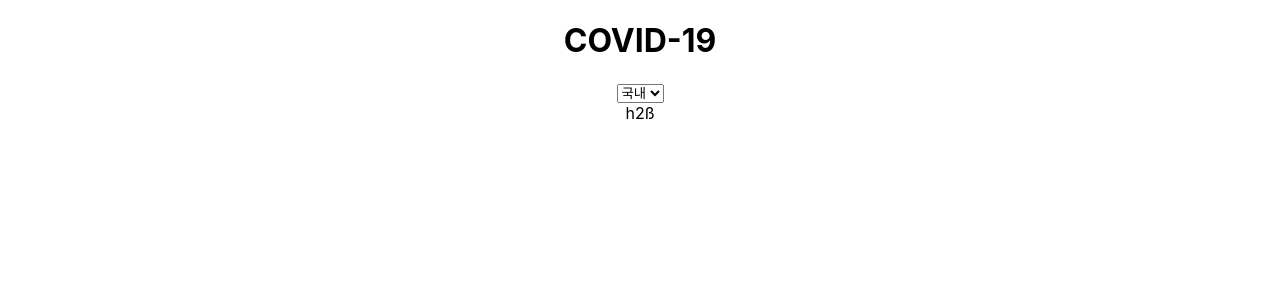
Repository: WOOBINKIM930518/test
Page: /
An editor plug-in stored every save of this project. The page is shown before and after the next save, followed by the edit.
The browser window is 1280 px wide. The pictures show the whole page.
The project was rebuilt for these pictures with package versions that can differ from the ones it lists, and the page was loaded fresh each time.

Above is the page before, as saved 2022-01-12 21:44:16.

### src/App.js
import logo from './logo.svg';
import './App.css';

function App() {
  return (
    <div className="App">
      <header className="App">
        <h1>COVID-19 </h1>
        <select>
        <option>국내</option>
        <option>세계</option>
        </select>
      </header>
      <section>
        h2ß
      </section>
    </div>
  );
}

export default App;

Loaded but not shown: public/index.html (common file); src/index.js (common file); src/index.css (common file); src/reportWebVitals.js (common file); src/App.css (common file)

After the next save:
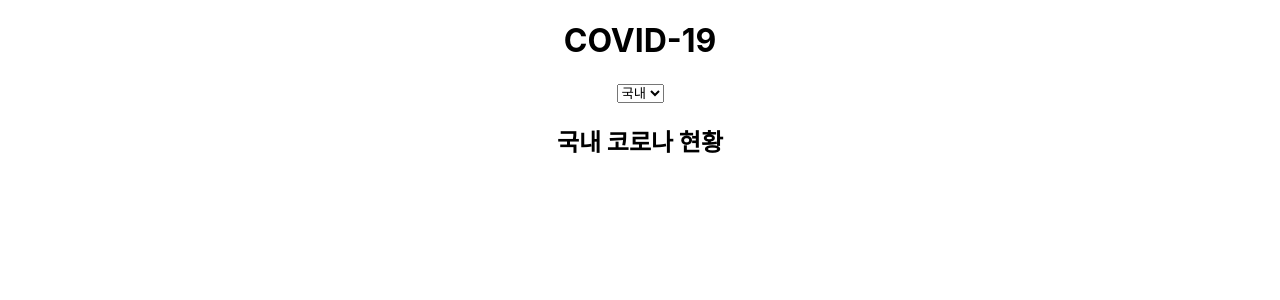
Saved 26 s later.
--- a/src/App.js
+++ b/src/App.js
@@ -12,7 +12,8 @@ function App() {
         </select>
       </header>
       <section>
-        h2ß
+        <h2>국내 코로나 현황</h2>
+        <div className="contents"></div>
       </section>
     </div>
   );
